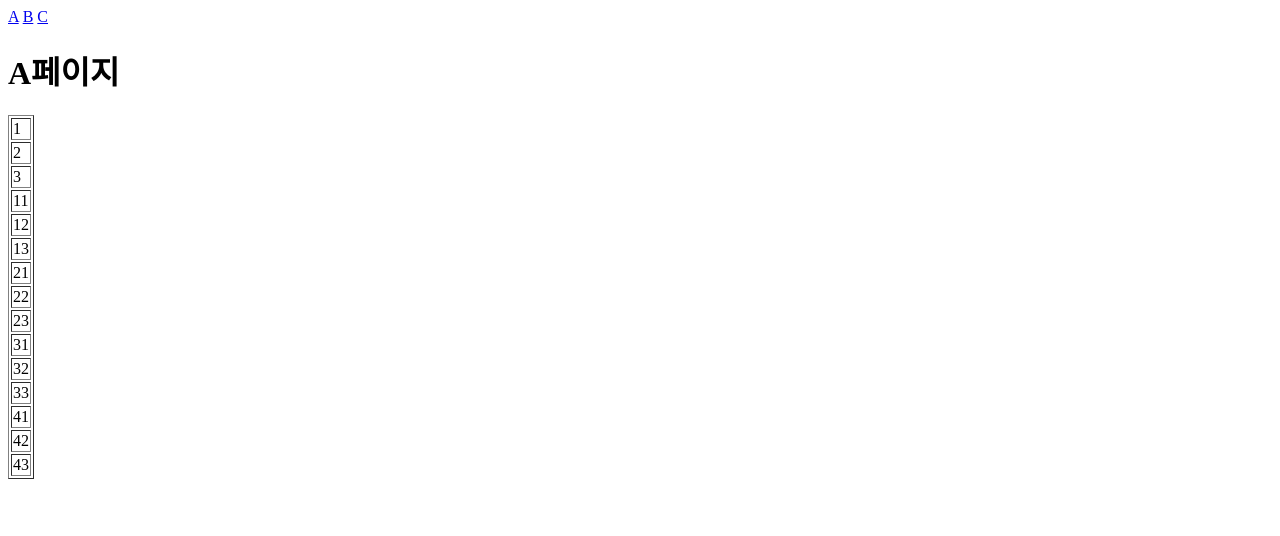
Repository: blueochild/jsp-study
Page: http://localhost/test/index.jsp?section=A
An editor plug-in stored every save of this project. The page is shown before and after the next save, followed by the edit.
The browser window is 1280 px wide. The pictures show the whole page.
The page is served by Tomcat 9.

Above is the page before, as saved 2020-12-07 05:11:47.

### Test_Education_JSP/test/WebContent/index.jsp
<%@ page language="java" contentType="text/html; charset=UTF-8"
    pageEncoding="UTF-8"%>
<!DOCTYPE html>
<html>
<head>
<meta charset="UTF-8">
<title>Insert title here</title>
</head>
<body>
	<%
		String section = request.getParameter("section") != null ? request.getParameter("section") : "";
		int[] array = {1,2,3,11,12,13,21,22,23,31,32,33,41,42,43};
	%>
	<a href="index.jsp?section=A">A</a>
	<a href="index.jsp?section=B">B</a>
	<a href="index.jsp?section=C">C</a>
	<%
		switch(section){
			case "A":
				%><%@ include file="pages/A.jsp"%><%
				break;
			case "B":
				%><%@ include file="pages/B.jsp"%><%
				break;
			case "C":
				%><%@ include file="pages/C.jsp"%><%
				break;
			default:
				%><h2>메인 페이지입니다.</h2><%
		}
	%>
	<table border=1>
		<%
		for(int number : array){
		%>
			<tr>
				<td>
					<% out.println(number); %>
				</td>
			</tr>
		<%
		}
		%>
	</table>
</body>
</html>

### Test_Education_JSP/test/WebContent/pages/A.jsp
<%@ page language="java" contentType="text/html; charset=UTF-8"
    pageEncoding="UTF-8"%>
<h1>A페이지</h1>

### Test_Education_JSP/test/WebContent/pages/B.jsp
<%@ page language="java" contentType="text/html; charset=UTF-8"
    pageEncoding="UTF-8"%>
<h1>B페이지</h1>

### Test_Education_JSP/test/WebContent/pages/C.jsp
<%@ page language="java" contentType="text/html; charset=UTF-8"
    pageEncoding="UTF-8"%>
<h1>C페이지</h1>

After the next save:
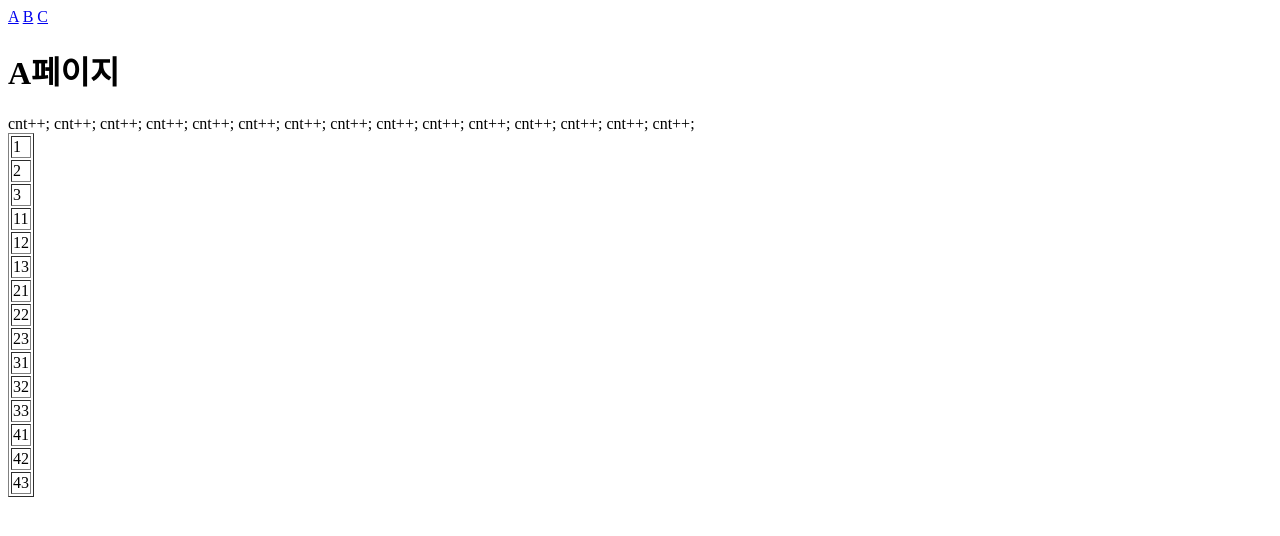
Saved 7 min 48 s later.
--- a/Test_Education_JSP/test/WebContent/index.jsp
+++ b/Test_Education_JSP/test/WebContent/index.jsp
@@ -30,13 +30,13 @@
 		}
 	%>
 	<table border=1>
+		<tr>
 		<%
+		int cnt = 0;
 		for(int number : array){
 		%>
-			<tr>
-				<td>
-					<% out.println(number); %>
-				</td>
+				cnt++;
+				<td><% out.println(number); %></td>
 			</tr>
 		<%
 		}
